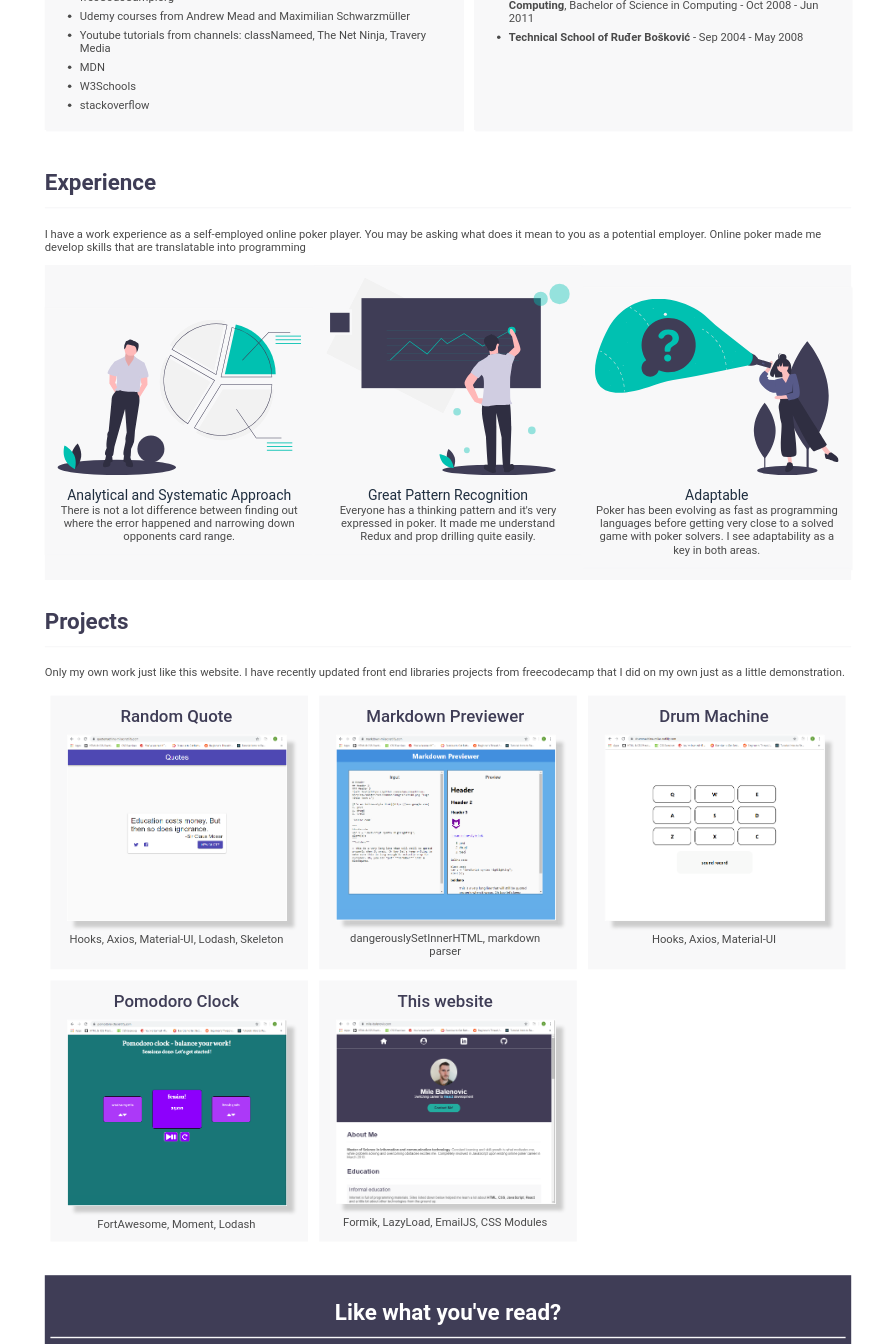
Repository: milac0/my-website
Page: /
An editor plug-in stored every save of this project. The page is shown before and after the next save, followed by the edit.
The browser window is 1280 px wide. The pictures show the part of the page from y = 844 to 2764 px (the page is 3103 px tall), at 70% of full size.
The project was rebuilt for these pictures with package versions that can differ from the ones it lists, and the page was loaded fresh each time. Also part of the build but not shown: src/components/formContact.module.css, src/components/FormContact.js, src/pages/contact.module.css, src/pages/Contact.js. Imported but missing from the stored project, and not drawn on this page: src/resume.pdf.

Above is the page before, as saved 2019-10-28 08:38:41.

After the next save:
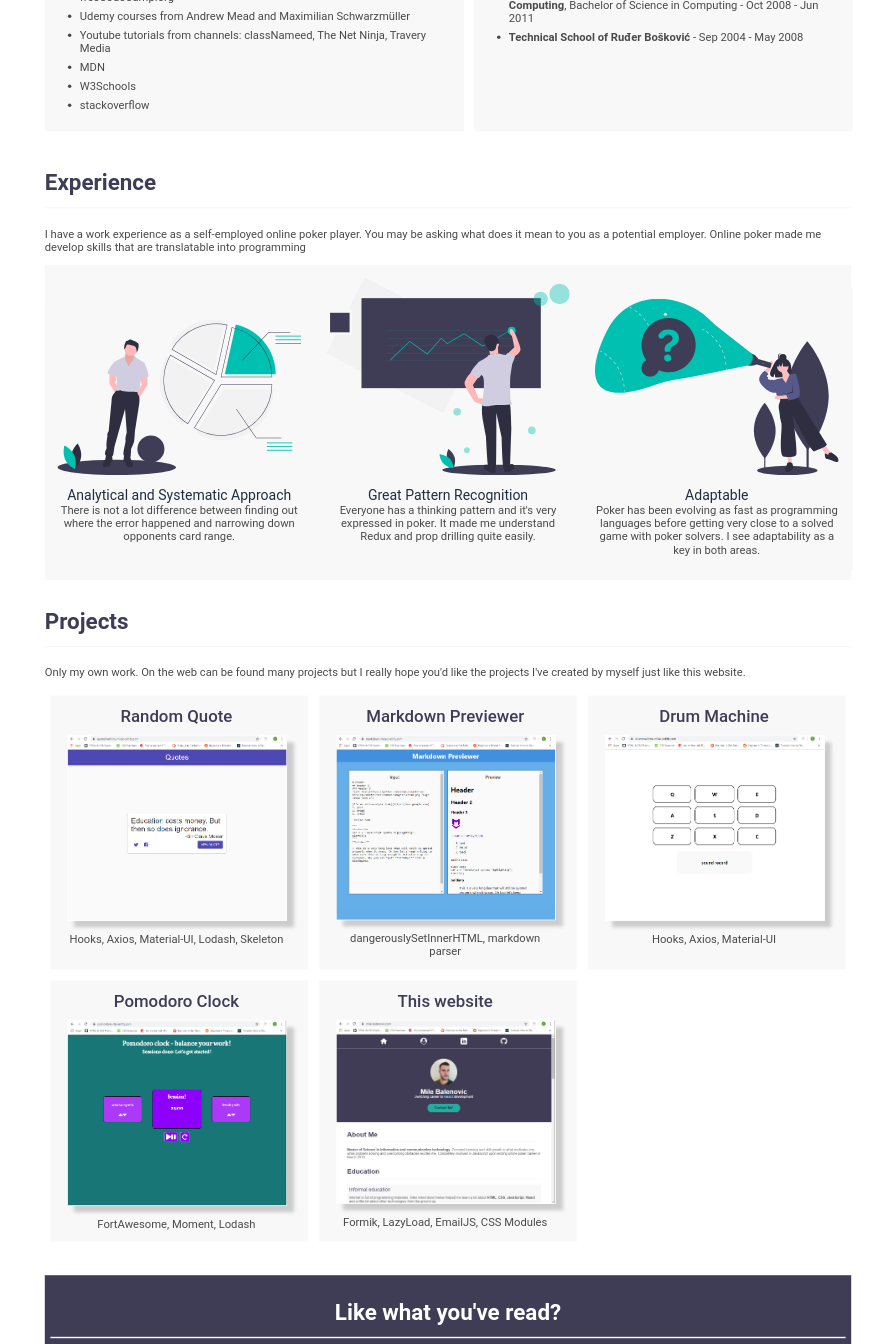
Saved 11 min 30 s later.
--- a/src/components/Projects.js
+++ b/src/components/Projects.js
@@ -12,9 +12,8 @@ const Projects = () => {
     <section>
       <h1 className="section-title">Projects</h1>
       <p className="section-body">
-        Only my own work just like this website. I have recently updated
-        front end libraries projects from freecodecamp that I did on my own just
-        as a little demonstration.
+        Only my own work. On the web can be found many projects but I really hope
+        you'd like the projects I've created by myself just like this website.
       </p>
       <div className="projects">
       <article>
